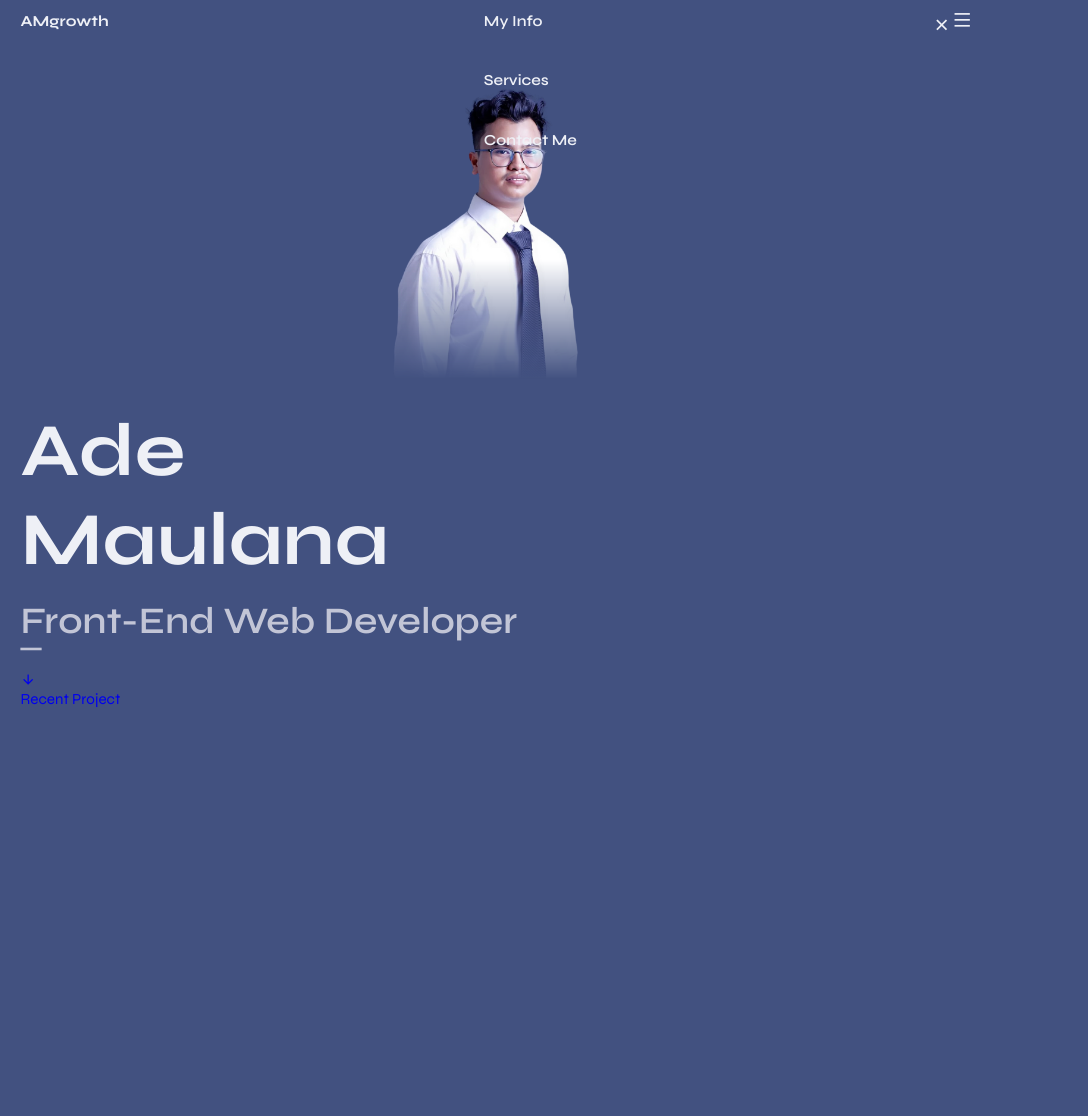
Repository: Ademaulana100499/portofolio
Page: index.html
These files come from the project's save history. The page is drawn as it stood at one moment and after the next save; the edit follows.
The browser window is 1280 px wide. The pictures show the whole page, at 85% of full size.
Some web fonts or font styles are not loaded; a fallback is used.

Above is the page before, as saved 2024-11-28 17:09:43.

### index.html
<!DOCTYPE html>
<html lang="en">
  <head>
    <meta charset="UTF-8" />
    <meta name="viewport" content="width=device-width, initial-scale=1.0" />
    <title>AMgrowth</title>
    <link rel="shortcut icon" href="assets/img/Favicon.png" />
    <link
      href="https://cdn.jsdelivr.net/npm/remixicon/fonts/remixicon.css"
      rel="stylesheet"
    />
    <link rel="stylesheet" href="assets/css/style.css" />
  </head>
  <body>
    <!-- HEADER -->
    <header class="header" id="header">
      <nav class="nav container">
        <a href="#" class="nav__logo">AMgrowth</a>
        <div class="nav__menu" id="nav-menu">
          <ul class="nav__list">
            <li>
              <a href="#home" class="nav__link">Home</a>
            </li>
            <li>
              <a href="#project" class="nav__link">Project</a>
            </li>
            <li>
              <a href="#info" class="nav__link">My Info</a>
            </li>
            <li>
              <a href="#services" class="nav__link">Services</a>
            </li>
            <li>
              <a href="#contact" class="nav__link">Contact Me</a>
            </li>
          </ul>
          <!-- Close Button -->
          <div class="nav__close" id="nav-close">
            <i class="ri-close-line"></i>
          </div>
        </div>

        <!-- Toggle Button -->
        <div class="nav__toggle" id="nav-toggle">
          <i class="ri-menu-line"></i>
        </div>
      </nav>
    </header>

    <!-- MAIN -->
    <main class="main" id="main">
      <!-- HOME -->
      <section class="home section" id="home">
        <div class="home__container container grid">
          <img src="assets/img/Photo.png" alt="image" class="home__img" />
          <div class="home__data">
            <h1 class="home__name">
              Ade <br />
              Maulana
            </h1>
            <h3 class="home__profession">Front-End Web Developer</h3>
          </div>
          <a href="#project" class="home__scroll">
            <div class="home__scroll-box">
              <i class="ri-arrow-down-line"></i>
            </div>
            <span class="home__scroll-text">Recent Project</span>
          </a>
        </div>
      </section>
      <!-- PROJECT -->
      <section class="project section" id="project"></section>
      <!-- INFO -->
      <section class="info section" id="info"></section>
      <!-- SERVICES -->
      <section class="services section" id="services"></section>
      <!-- CONTACT -->
      <section class="contact section" id="contact"></section>
    </main>

    <!-- FOOTER -->
    <footer class="footer" id="footer"></footer>
    <!-- SCROLL UP -->
    <!-- SCROLLREVEAL -->
    <script src=""></script>
    <!-- EMAIL JS -->
    <script src=""></script>
    <!-- MAIN JS -->
    <script src="assets/js/main.js"></script>
  </body>
</html>

### assets/css/style.css
@import url("https://fonts.googleapis.com/css2?family=Kite+One&family=Oooh+Baby&family=Orelega+One&family=Poppins:ital,wght@0,100;0,200;0,300;0,400;0,500;0,600;0,700;0,800;0,900;1,100;1,200;1,300;1,400;1,500;1,600;1,700;1,800;1,900&family=Syne:wght@400..800&display=swap");

/* VARIABLE CSS */
:root {
  --header-height: 3rem;

  /* Colors */
  --hue: 230;
  --first-color: hsl(var(--hue), 55%, 55%);
  --first-color-light: hsl(var(--hue), 55%, 65%);
  --first-color-alt: hsl(var(--hue), 50%, 50%);
  --title-color: hsl(var(--hue), 30%, 95%);
  --text-color: hsl(var(--hue), 20%, 80%);
  --text-color-light: hsl(var(--hue), 20%, 70%);
  --body-color: hsl(225, 32%, 38%);
  --container-color: hsl(var(--hue), 40%, 20%);

  /* Font and typography */
  --body-font: "Syne", sans-serif;
  --biggest-font-size: 3rem;
  --h1-font-size: 1.5rem;
  --h2-font-size: 1.25rem;
  --h3-font-size: 1rem;
  --normal-font-size: 0.938rem;
  --small-font-size: 0.813rem;

  /* Font weight */
  --font-regular: 400;
  --font-semi-bold: 600;
  --font-bold: 700;

  /* z index */
  --z-tooltip: 10;
  --z-fixed: 100;
}
/* Responsive typography */
@media screen and (min-width: 1150px) {
  :root {
    --biggest-font-size: 5.5rem;
    --big-font-size: 2.75rem;
    --h1-font-size: 2.25rem;
    --h2-font-size: 1.5rem;
    --h3-font-size: 1.25rem;
    --normal-font-size: 1.125rem;
    --small-font-size: 0.875rem;
  }
}

/* BASE */
* {
  margin: 0;
  padding: 0;
  box-sizing: border-box;
}

html {
  scroll-behavior: smooth;
}

body,
input,
textarea,
button {
  font-family: var(--body-font);
  font-size: var(--normal-font-size);
}

body {
  background-color: var(--body-color);
  color: var(--text-color);
}
input,
button,
textarea {
  outline: none;
  border: none;
}

h1,
h2,
h3 {
  color: var(--title-color);
  font-weight: var(--font-semi-bold);
}
p {
  line-height: 130%;
}

ul {
  list-style: none;
}

a {
  text-decoration: none;
}

img {
  display: block;
  max-width: 100%;
  height: auto;
}

/* REUSABLE CSS CLASSES */
.container {
  max-width: 1120px;
  margin-inline: 1.5rem;
}

.grid {
  display: grid;
  gap: 1.5rem;
}

.section {
  padding-block: 5rem 2rem;
}

.section__title {
  font-size: var(--h1-font-size);
  text-align: center;
  margin-bottom: 2rem;
  font-weight: var(--font-bold);
}
main {
  overflow: hidden;
}

/* HEADER & NAV */
.header {
  position: fixed;
  width: 100%;
  top: 0;
  left: 0;
  background-color: transparent;
  z-index: var(--z-fixed);
}
.nav {
  position: relative;
  height: var(--header-height);
  display: flex;
  justify-content: space-between;
  align-items: center;
}

.nav__logo {
  color: var(--title-color);
  font-weight: var(--font-bold);
}
.nav__toggle,
.nav__close {
  font-size: 1.5rem;
  cursor: pointer;
  color: var(--title-color);
}
/* Navigation for mobile */
@media screen and (max-width: 1150px) {
  .nav__menu {
    position: fixed;
    top: 0;
    right: -100%;
    background-color: hsla(var(--hue), 70%, 4%, 0.2);
    backdrop-filter: blur(16px);
    -webkit-backdrop-filter: blur(16px);
    width: 80%;
    height: 100%;
    padding: 7rem 3rem;
    transition: right 0.4s;
  }
}
.nav__list {
  display: flex;
  flex-direction: column;
  row-gap: 3rem;
}
.nav__link {
  position: relative;
  color: var(--title-color);
  font-weight: var(--font-semi-bold);
  transition: color 0.4s;
}
.nav__link::after {
  content: "";
  width: 0;
  height: 2px;
  background-color: var(--first-color-light);
  position: absolute;
  left: 0;
  bottom: -0.5rem;
  transition: width 0.3s;
}
.nav__link:hover {
  color: var(--first-color-light);
}
.nav__link:hover::after {
  width: 30%;
}
.nav__close {
  position: absolute;
  top: 1rem;
  right: 1.5rem;
}

/* Show Menu */
.show-menu {
  right: 0;
}
/* Add blur to header */
/* Active link */

/* HOME */
.home__container {
  row-gap: 2rem;
  padding-top: 1rem;
}

.home__img {
  width: 350px;
  justify-self: center;
  mask-image: linear-gradient(
    to bottom,
    hsla(var(--hue), 40%, 16%) 60%,
    transparent 100%
  );
}
.home__name {
  font-size: var(--biggest-font-size);
  font-weight: var(--font-bold);
  word-break: break-word;
  margin-bottom: 1rem;
}
.home__profession {
  position: relative;
  font-size: var(--big-font-size);
  color: var(--text-color);
}
.home__profession::after {
  content: "";
  position: absolute;
  left: 0;
  bottom: -0.5rem;
  width: 25px;
  height: 3px;
  background-color: var(--text-color);
}

### assets/js/main.js
const navMenu = document.getElementById("nav-menu"),
  navToggle = document.getElementById("nav-toggle"),
  navClose = document.getElementById("nav-close");

if (navToggle) {
  navToggle.addEventListener("click", () => {
    navMenu.classList.add("show-menu");
  });
}

if (navClose) {
  navClose.addEventListener("click", () => {
    navMenu.classList.remove("show-menu");
  });
}

const navLink = document.querySelectorAll(".nav__link");
const linkAction = () => {
  const navMenu = document.getElementById("nav-menu");
  navMenu.classList.remove("show-menu");
};
navLink.forEach((n) => n.addEventListener("click", linkAction));

After the next save:
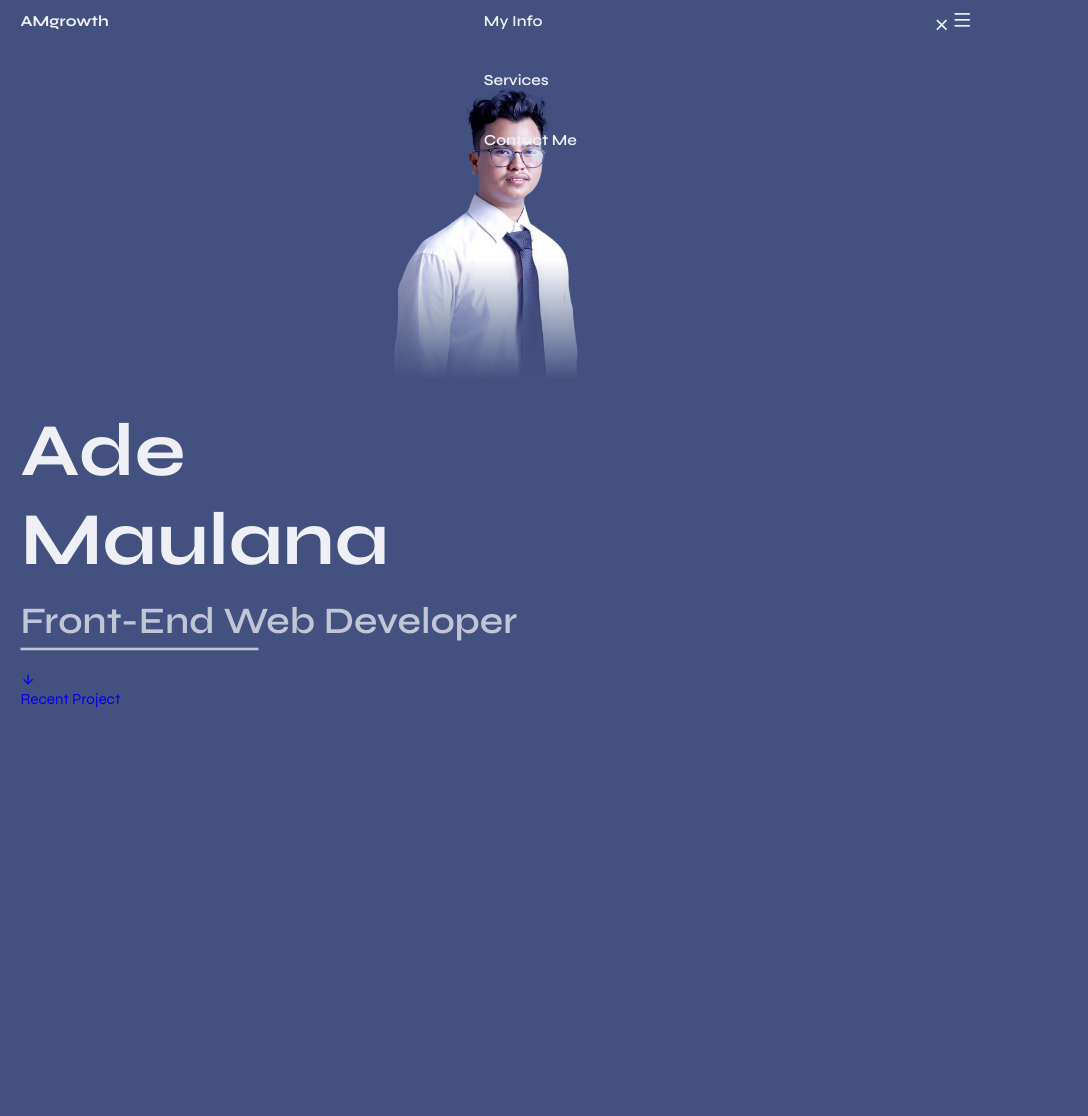
Saved 15 s later.
--- a/assets/css/style.css
+++ b/assets/css/style.css
@@ -238,7 +238,7 @@ main {
   position: absolute;
   left: 0;
   bottom: -0.5rem;
-  width: 25px;
+  width: 25%;
   height: 3px;
   background-color: var(--text-color);
 }
